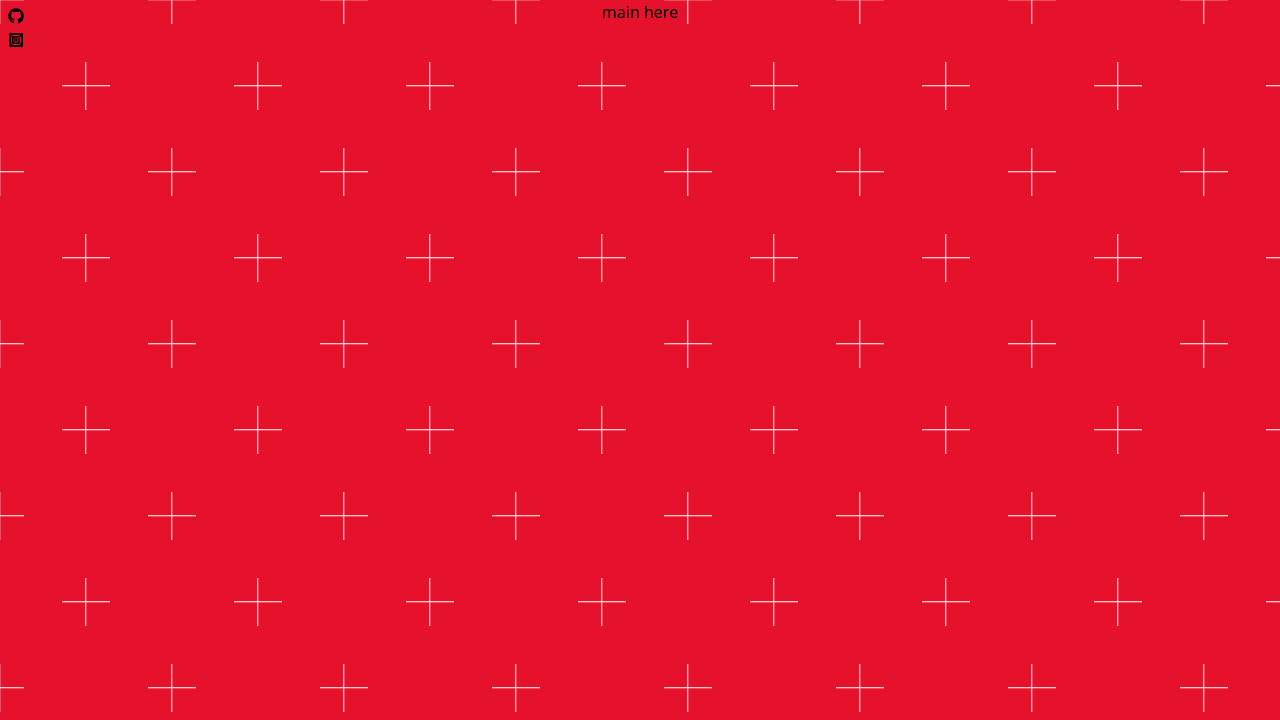
Repository: Ech026/echo-portfolio
Page: /echo-portfolio
These files come from the project's save history. The page is drawn as it stood at one moment and after the next save; the edit follows.
The browser window is 1280 px wide. The pictures show the whole page.
The project was rebuilt for these pictures with package versions that can differ from the ones it lists, and the page was loaded fresh each time. Also part of the build but not shown: vite.config.js.

Above is the page before, as saved 2024-05-13 21:47:59.

After the next save:
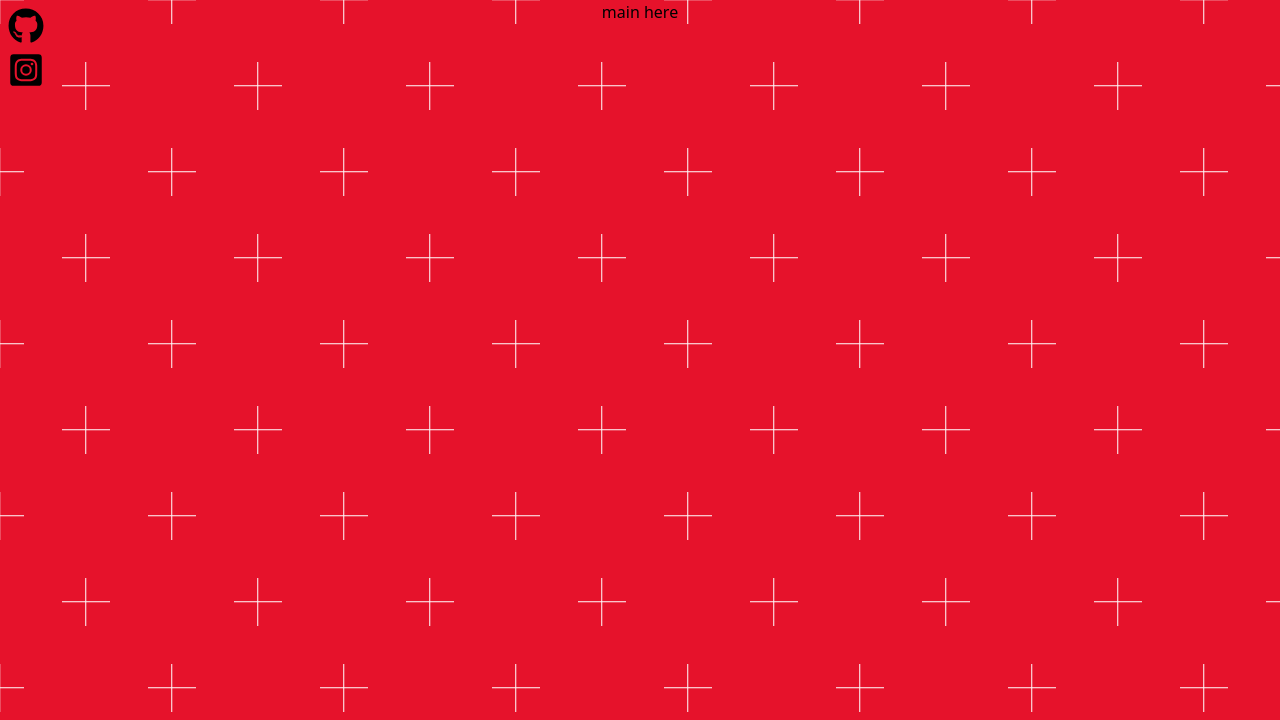
Saved 6 s later.
--- a/src/components/sidebar.jsx
+++ b/src/components/sidebar.jsx
@@ -6,7 +6,7 @@
 const Sidebar = () => {
   return (
     <div className='z-10 absolute'>
-      <IconContext.Provider value={{ className: "m-2" }}>
+      <IconContext.Provider value={{ className: "m-2 text-4xl" }}>
         <div>
           <FaGithub /><FaInstagramSquare />
         </div>
